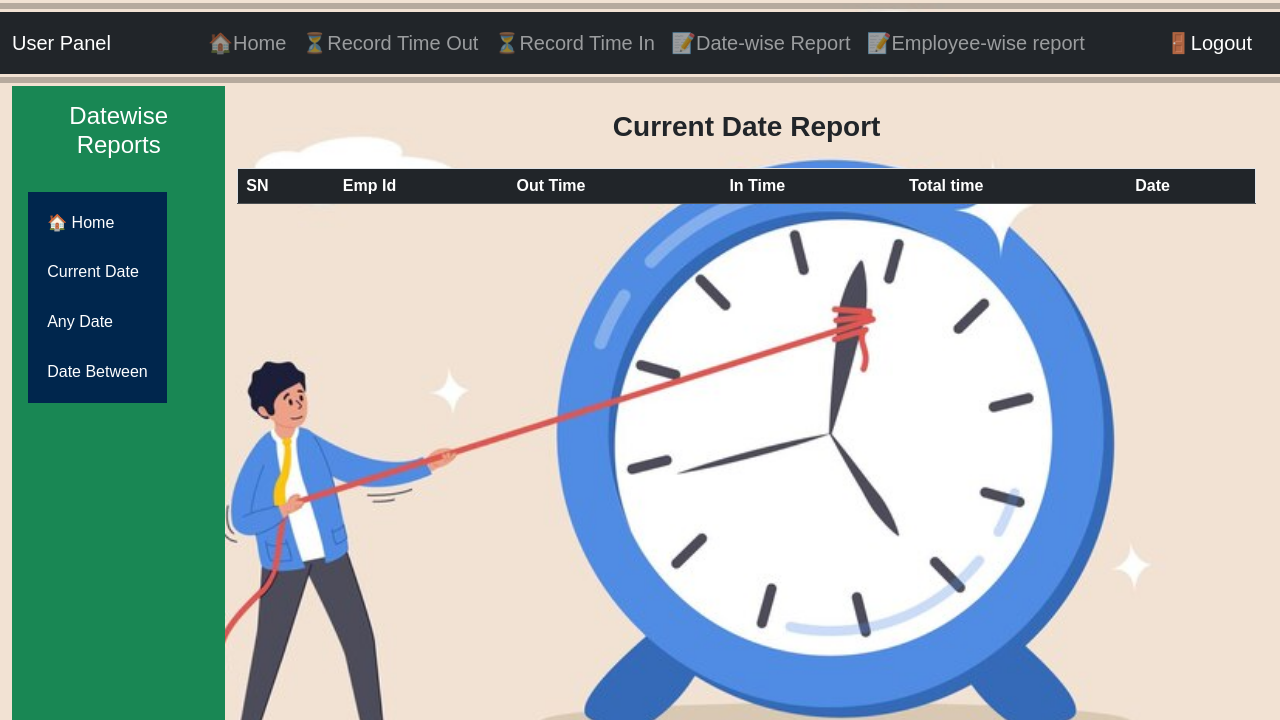
Repository: tecresearch/fullstack-training
Page: http://localhost/user/reports/datewise/anydate-dashboard
These files come from the project's save history. The page is drawn as it stood at one moment and after the next save; the edit follows.
The browser window is 1280 px wide. The pictures show the whole page.
The page is this project's Thymeleaf template; nobody is signed in. The template is opened directly, without the code that normally fills it, so the values that code supplies are empty.

Above is the page before, as saved 2025-03-19 07:16:18.

### a4-spring-boot/employee-time-tracker/src/main/resources/templates/user/reports/datewise/anydate-dashboard.html
<html xmlns:th="http://www.thymeleaf.org">
<!-- admin navbar -->
<div th:insert="~{@{user/user-navbar}}"></div>

<head>
	<meta charset="UTF-8">
	<meta name="viewport" content="width=device-width, initial-scale=1.0">
	<title>Datewise Report Dashboard</title>
</head>

<body class="ubg-image">
	<div class="container-fluid">
		<div class="row">
			<!-- Sidebar -->
			<div th:insert="~{@{user/reports/datewise/date-sidebar}}"></div>
			<!-- Main Content -->
			<main class="col-md-9 col-lg-10 offset-md-3 offset-lg-2 p-4">
				<div class="d-flex justify-content-center align-items-center mb-3">
					<h3 class="fw-bold">Current Date Report</h3>
				</div>

				<!-- Current Date Report Table -->
				<div class="table-responsive">
					<table class="table table-striped table-hover border rounded">
						<thead class="table-dark">
							<tr>
								<th>SN</th>
								<th>Emp Id</th>
								<th>Out Time</th>
								<th>In Time</th>
								<th>Total time</th>
								<th>Date</th>
							</tr>
						</thead>
						<tbody>
							<tr th:each="timeInfo:${currentDateList}">
								<td>1</td>
								<td th:text="${timeInfo.empId}"></td>
								<td th:text="${timeInfo.outime}"></td>
								<td th:text="${timeInfo.intime}"></td>
								<td th:text="${timeInfo.totaltime}"></td>
								<td th:text="${timeInfo.date}"></td>
							</tr>
						</tbody>
					</table>
				</div>
			</main>
		</div>
	</div>
	<script src="https://cdn.jsdelivr.net/npm/bootstrap@5.3.0/dist/js/bootstrap.bundle.min.js"></script>
</body>

</html>

### a4-spring-boot/employee-time-tracker/src/main/resources/templates/user/user-navbar.html
<html xmlns:th="http://www.thymeleaf.org">
  <head>
	<div th:insert="~{@{csslink}}"></div>
	<style>
		.bt {
           padding: 5px 10px;
		   border-radius: 5px;
		   transition: background-color 0.3s;
		   color:blue;
		   font-size:1.5vw;
		   background-color: white;
		   margin-left: 5px;
		   margin-top: 0px;
		 }
		.nav-link:hover{
			color:white;
		}
    </style>
	<script>
	        document.addEventListener("DOMContentLoaded", function () {

				document.querySelectorAll("nav a").forEach(link => {
				    if (link.href === window.location.href) {
				      link.classList.add("active");
				    }
				  });
	        });
	    </script>
</head>
<body>
  <hr style="border:3px solid black;margin-top:3px;margin-bottom:3px">
  <nav class="navbar navbar-expand-lg navbar-dark bg-dark">
	<div class="container-fluid">
	   <a class="navbar-brand" href="#">User Panel</a>
	   <button class="navbar-toggler" type="button" data-bs-toggle="collapse" data-bs-target="#navbarNav">
		 <span class="navbar-toggler-icon"></span>
	   </button>
	   <div class="collapse navbar-collapse justify-content-center" id="navbarNav">
	 	<ul class="navbar-nav">
		  <li class="nav-item">
		     <a class="nav-link fs-5" href="/employee-timetracker/user/home">🏠Home</a>
		  </li>
		  <li class="nav-item">
			 <a class="nav-link fs-5" id="recordTimeOut" data-bs-target="#employeeTimeOutModal" data-bs-toggle="modal" href="#">⏳Record Time Out</a>
		  </li>
		  <li class="nav-item">
			 <a class="nav-link fs-5" id="recordTimeIn" data-bs-target="#employeeTimeInModal" data-bs-toggle="modal" href="#">⏳Record Time In</a>
		  </li>
		  <li class="nav-item">
			 <a class="nav-link fs-5" href="/employee-timetracker/user/datewise/report">📝Date-wise Report</a>
		  </li>
		  <li class="nav-item">
		     <a class="nav-link fs-5" href="#">📝Employee-wise report</a>
		  </li>
		</ul>
	  </div>
	  <a class="navbar-brand" href="#">🚪Logout</a>
	 </div>
    </nav>
   </div>
   <hr style="border:3px solid black;margin-top:3px;margin-bottom:3px">
</body>
</html>

### a4-spring-boot/employee-time-tracker/src/main/resources/templates/csslink.html
<link th:href="@{/CSS/bootstrap.min.css}" rel="stylesheet">
<link th:href="@{/CSS/timetracker.css?v=2.0}" rel="stylesheet">
<script src="https://code.jquery.com/jquery-3.6.0.min.js"></script>
<script th:src="@{/JS/employee/ajax.js?v=2.0}" type="module"></script>
<script th:src="@{/JS/user.js?v=2.0}"></script>
<script th:src="@{/JS/user/userajax.js?v=2.0}" type="module"></script>
<script th:src="@{/JS/user/check.js?v=2.0}"></script>

### a4-spring-boot/employee-time-tracker/src/main/resources/templates/user/reports/datewise/date-sidebar.html
<nav class="col-md-3 col-lg-2 d-md-block bg-success text-white vh-100 position-fixed">
	<div class="p-3">
		<h4 class="text-center">Datewise Reports</h4>
		<ul class="nav flex-column mt-4 position-fixed">
			<li class="nav-item">
				<a class="nav-link text-white active" href="#">🏠 Home</a>
			</li>
			<li class="nav-item">
				<a class="nav-link text-white" id="addUser1" data-bs-toggle="modal" data-bs-target="#addUserModal" href="#">Current Date</a>
			</li>
			<li class="nav-item">
				<a class="nav-link text-white" id="listUser" data-bs-toggle="modal" data-bs-target="#listUserModal" href="#">Any Date</a>
			</li>
			<li class="nav-item">
				<a class="nav-link text-white" data-bs-toggle="modal" data-bs-target="#deleteUserModal" href="#">Date Between</a>
			</li>
		</ul>
	</div>
</nav>

### a4-spring-boot/employee-time-tracker/src/main/resources/static/CSS/timetracker.css
body {
    font-family: Arial, sans-serif;
    margin: 0;
    padding: 0;
    background-color: #f4f4f4;
}
.header {
    background-color: #004080;
    color: white;
    padding: .8vw;
    text-align: center;
}
.nav {
    display: flex;
    justify-content: center;
    background: #00264d;
    padding: .5vw;
}
.nav a {
    color: white;
    padding: 1vw 1vw;
    text-decoration: none;
}
.hero {
    height: 20vw;
    display: flex;
    align-items: center;
    justify-content: center;
    color: white;
    font-size: 1.3vw;
    text-shadow: 2px 2px 5px rgba(0, 0, 0, 0.5);
}
.services {
    text-align: center;
    padding: .5vw;
}
.services div {
    display: inline-block;
    background: white;
    padding: .5vw;
    margin: .5vw;
    border-radius:.2vw;
    box-shadow: 0px 0px .5vw rgba(0, 0, 0, 0.1);
}
.footer {
    background: #004080;
    color: white;
    text-align: center;
    padding: .5vw;
    margin-top: .2vw;
}
.ddm{
    background:#00264d;
}
.bt{
    border:none;
    color:white;
    cursor: pointer;
    background: #00264d;
    margin-top: 12px;
}
a.dropdown-item:hover{
    background:white;
    color:#00264d;
}
.bg-image{
	background: url("../images/time.jpg")no-repeat center center/cover
}
.ubg-image{
	background: url("../images/tracker2.jpg")no-repeat center center/cover
}
.ch{
	height:18vw;
}

### a4-spring-boot/employee-time-tracker/src/main/resources/static/JS/employee/ajax.js
import { loadEmployeeDelete } from './empdelete.js';
import { loadEmployeeEdit } from './empedit.js';
import { popupAddDepartment, popupRole } from './emppopup.js';
import { loadEmployeeList } from './emplist.js';
$(document).ready(function() {
	$("#loadDeleteEmployee").click(function() {
		loadEmployeeDelete();
	});
	$("#loadEditEmployee").click(function() {
		loadEmployeeEdit();
	});
	$("#addEmployee").click(function() {
		popupAddDepartment();
	});
	$("#addEmployee1").click(function() {
		popupAddDepartment();
	});
	$("#department").change(function() {
		alert($(this).val());
		popupRole($(this).val(), "role");
	});
	$("#edepartment").change(function() {
		popupRole($(this).val(), "erole");
	});
	$("#listEmployee").click(function() {
		loadEmployeeList();
	});
});

### a4-spring-boot/employee-time-tracker/src/main/resources/static/JS/user.js
function matchPassword() {

	if (document.getElementById("rpassword").value != document.getElementById("password").value) {
		alert("Repeat password doen not match with password")
		return false;
	}
	return true;
}
function validatePassword() {
	var password = document.getElementById("password").value;
	var pattern = /^(?=.*[A-Z])(?=.*[a-z])(?=.*\d)(?=.*[@#$%^&+=!]).{8,}$/;
	var message = document.getElementById("passwordMessage");

	if (!pattern.test(password)) {
		message.style.color = "red";
		message.innerHTML = "Password must be at least 8 characters long and include uppercase, lowercase, a number, and a special character.";
		return false;
	} else {
		message.style.color = "green";
		message.innerHTML = "Strong password!";
		return true;
	}
}
function validatePasswordMatch() {
	var password = document.getElementById("password").value;
	var confirmPassword = document.getElementById("rpassword").value;
	var message = document.getElementById("passwordMatchMessage");

	if (confirmPassword.length > 0) {
		if (password === confirmPassword) {
			message.style.color = "green";
			message.innerHTML = "Passwords match!";
		} else {
			message.style.color = "red";
			message.innerHTML = "Passwords do not match!";
		}
	} else {
		message.innerHTML = "";
	}
}
function validateEmail() {
	var email = document.getElementById("email").value;
	var emailPattern = /^[a-zA-Z0-9._%+-]+@[a-zA-Z0-9.-]+\.[a-zA-Z]{2,}$/;
	var message = document.getElementById("emailMessage");

	if (emailPattern.test(email)) {
		message.style.color = "green";
		message.innerHTML = "Valid email!";
	} else {
		message.style.color = "red";
		message.innerHTML = "Invalid email format!";
	}
}

### a4-spring-boot/employee-time-tracker/src/main/resources/static/JS/user/userajax.js
import { popupEmployeeInName,popupEmployeeOutName } from './namepopup.js';
$(document).ready(function() {
	$("#recordTimeOut").click(function() {
		popupEmployeeInName()
	});
	$("#recordTimeIn").click(function() {
			popupEmployeeOutName()
	});
});

### a4-spring-boot/employee-time-tracker/src/main/resources/static/JS/user/check.js
function checkUserExistense()
{
		$.ajax(
		{
			url: "/employee-timetracker/admin/user/get-user?username=" + document.getElementById("username").value,
			type: "GET",
			success: function(response)
			{
				if (response)
				{
					document.getElementById("userExistMessage").innerHTML = "User name alerady exist";
					return false;
				}
			},
			error: function()
			{
				console.error("AJAX Error: " + error);
			}
		});
	return true;
  }

### a4-spring-boot/employee-time-tracker/src/main/resources/static/JS/employee/empdelete.js
export function loadEmployeeDelete() {
	$.ajax({
		url: "/employee-timetracker/admin/employee/get-employee-delete?eid=" + document.getElementById("deleteEid").value,
		type: "GET",
		success: function(response) {
			if (response.msg != null) {
				alert(response.msg);
			}
			else {
				document.getElementById("employeeDeleteDetails").style.display = "block";
				alert(response.department);
				for (let key in response) {
					document.getElementById("lbl"+key).innerHTML = response[key];
				}
			}
		},
		error: function() {
			console.error("AJAX Error: " + error);
		}
	});
}
//window.loadEmployeeDelete = loadEmployeeDelete;

### a4-spring-boot/employee-time-tracker/src/main/resources/static/JS/employee/empedit.js
import { popupEditDepartment,popupRole} from './emppopup.js';
export function loadEmployeeEdit() {
	$.ajax({
		url: "/employee-timetracker/admin/employee/get-employee-edit?eid=" + document.getElementById("editEid").value,
		type: "GET",
		success: function(response) {
			if (response.msg != null) {
				document.getElementById("employeeEditDetails").style.display = "none";
				alert(response.msg);
			}
			else {
				document.getElementById("employeeEditDetails").style.display = "block";
				popupEditDepartment(response["department"],response["role"]);
				for (let key in response) {
					if(key!="department")
						document.getElementById(key).value = response[key];
				}
				//popupRole(document.getElementById("edepartment").value,"erole");
			}
		},
		error: function() {
			console.error("AJAX Error: " + error);
		}
	});
}

### a4-spring-boot/employee-time-tracker/src/main/resources/static/JS/employee/emppopup.js
export function popupAddDepartment() {
	$.ajax({
		url: "/employee-timetracker/admin/employee/department-list",
		type: "GET",
		success: function(response) {
			let deptDropdown = $("#department");
			deptDropdown.empty();
			for (let key in response) {
				deptDropdown.append('<option value="' + key + '">' + response[key] + '</option>')
			}
			popupRole(document.getElementById("department").options[0].value,"role");
		},
		error: function() {
			console.error("AJAX Error:", error);
		}
	});
}
export function popupEditDepartment(deptId,roleId) {
	$.ajax({
		url: "/employee-timetracker/admin/employee/department-list",
		type: "GET",
		success: function(response) {
			let deptDropdown = $("#edepartment");
			deptDropdown.empty();
			//deptDropdown.append('<option value="-1">Choose Department</option>')
			for (let key in response) {
				if(deptId==key)
					deptDropdown.append('<option selected="selected" value="' + key + '">' + response[key] + '</option>');
				else
					deptDropdown.append('<option value="' + key + '">' + response[key] + '</option>');
			}
			popupRole1(deptId,"erole",roleId);
		},
		error: function() {
			console.error("AJAX Error:", error);
		}
	});
}
export function popupRole(deptId,role) {
	let roleDropDown = $("#"+role);
	$.ajax({
		url: "/employee-timetracker/admin/employee/role-list?deptId=" + deptId,
		type: "GET",
		success: function(response) {
			roleDropDown.empty();
			for (let key in response) {
				roleDropDown.append('<option value="' + key + '">' + response[key] + '</option>')
			}
		},
		error: function() {
			console.error("AJAX Error:", error);
		}
	});
}
export function popupRole1(deptId,role,roleId) {
	let roleDropDown = $("#"+role);
	$.ajax({
		url: "/employee-timetracker/admin/employee/role-list?deptId=" + deptId,
		type: "GET",
		success: function(response) {
			roleDropDown.empty();
			for (let key in response) {
				if(roleId==key)
					roleDropDown.append('<option selected value="' + key + '">' + response[key] + '</option>')
				else
					roleDropDown.append('<option value="' + key + '">' + response[key] + '</option>');
			}
		},
		error: function() {
			console.error("AJAX Error:", error);
		}
	});
}

### a4-spring-boot/employee-time-tracker/src/main/resources/static/JS/employee/emplist.js
export function loadEmployeeList() {
	$.ajax({
		url: "/employee-timetracker/admin/employee/get-employee-list",
		type: "GET",
		success: function(response) {
			let tableBody=$("#employeeList tbody");
			tableBody.empty();
			response.forEach(item=>{
				let row=`<tr>
				   <td>${item.empId}</td>
				   <td>${item.firstname}</td>
				   <td>${item.lastname}</td>
				   <td>${item.email}</td>
				   <td>${item.phone}</td>
				   <td><a href="#">${item.deptId}</a></td>
				   <td><a href="#">${item.roleId}</a></td>
				   <td>${item.timein}</td>
				   <td>${item.timeout}</td>
				</tr>`;
				tableBody.append(row);
			});
		},
		error: function() {
			console.error("AJAX Error: " + error);
		}
	});
}

### a4-spring-boot/employee-time-tracker/src/main/resources/static/JS/user/namepopup.js
export function popupEmployeeInName() {
	$.ajax({
		url: "/employee-timetracker/user/time/employee-inlist",
		type: "GET",
		success: function(response) {
				let deptDropdown = $("#inEmpId");
			deptDropdown.empty();
			for (let key in response) {
				deptDropdown.append('<option value="' + key + '">' + response[key] + '('+key+')</option>')
			}
		},
		error: function() {
			console.error("AJAX Error:", error);
		}
	});
}
export function popupEmployeeOutName() {
	$.ajax({
		url: "/employee-timetracker/user/time/employee-outlist",
		type: "GET",
		success: function(response) {
				let deptDropdown = $("#outEmpId");
			deptDropdown.empty();
			for (let key in response) {
				deptDropdown.append('<option value="' + key + '">' + response[key] + '('+key+')</option>')
			}
		},
		error: function() {
			console.error("AJAX Error:", error);
		}
	});
}

Loaded but not shown: a4-spring-boot/employee-time-tracker/src/main/resources/static/CSS/bootstrap.min.css (library)

After the next save:
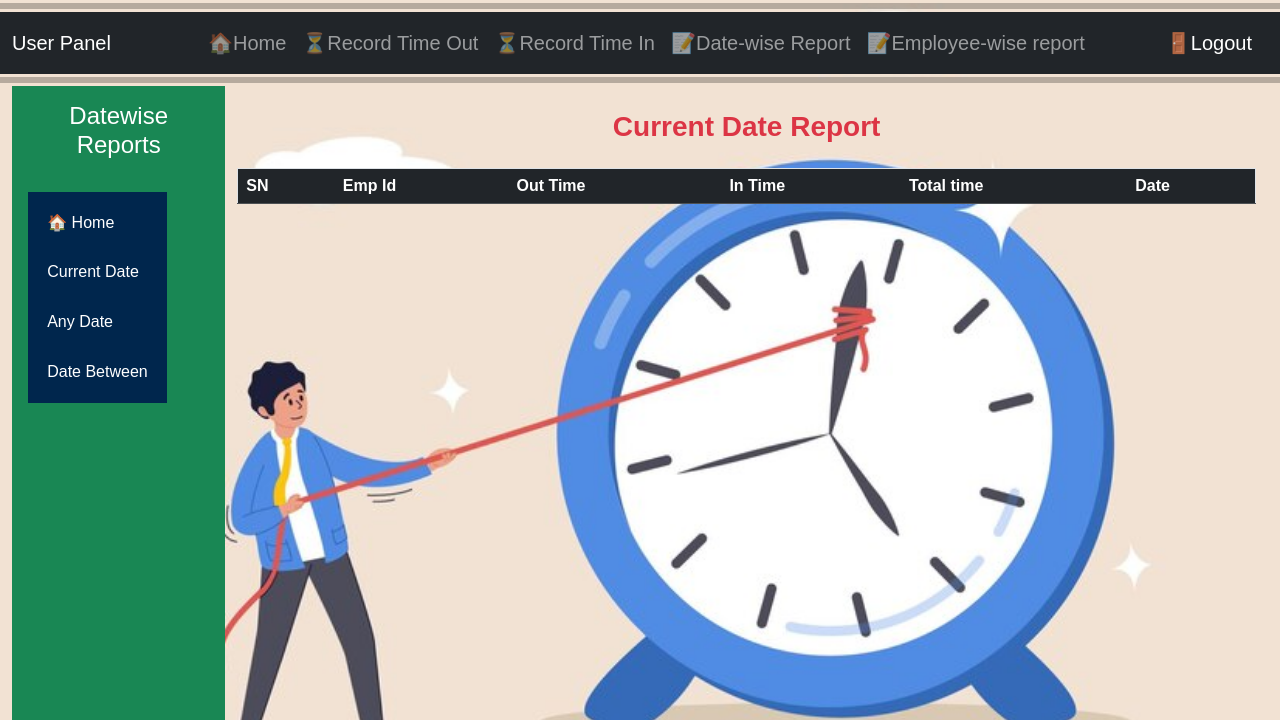
Saved 14 s later.
--- a/a4-spring-boot/employee-time-tracker/src/main/resources/templates/user/reports/datewise/anydate-dashboard.html
+++ b/a4-spring-boot/employee-time-tracker/src/main/resources/templates/user/reports/datewise/anydate-dashboard.html
@@ -16,7 +16,7 @@
 			<!-- Main Content -->
 			<main class="col-md-9 col-lg-10 offset-md-3 offset-lg-2 p-4">
 				<div class="d-flex justify-content-center align-items-center mb-3">
-					<h3 class="fw-bold">Current Date Report</h3>
+					<h3 class="fw-bold text-danger">Current Date Report</h3>
 				</div>
 
 				<!-- Current Date Report Table -->
